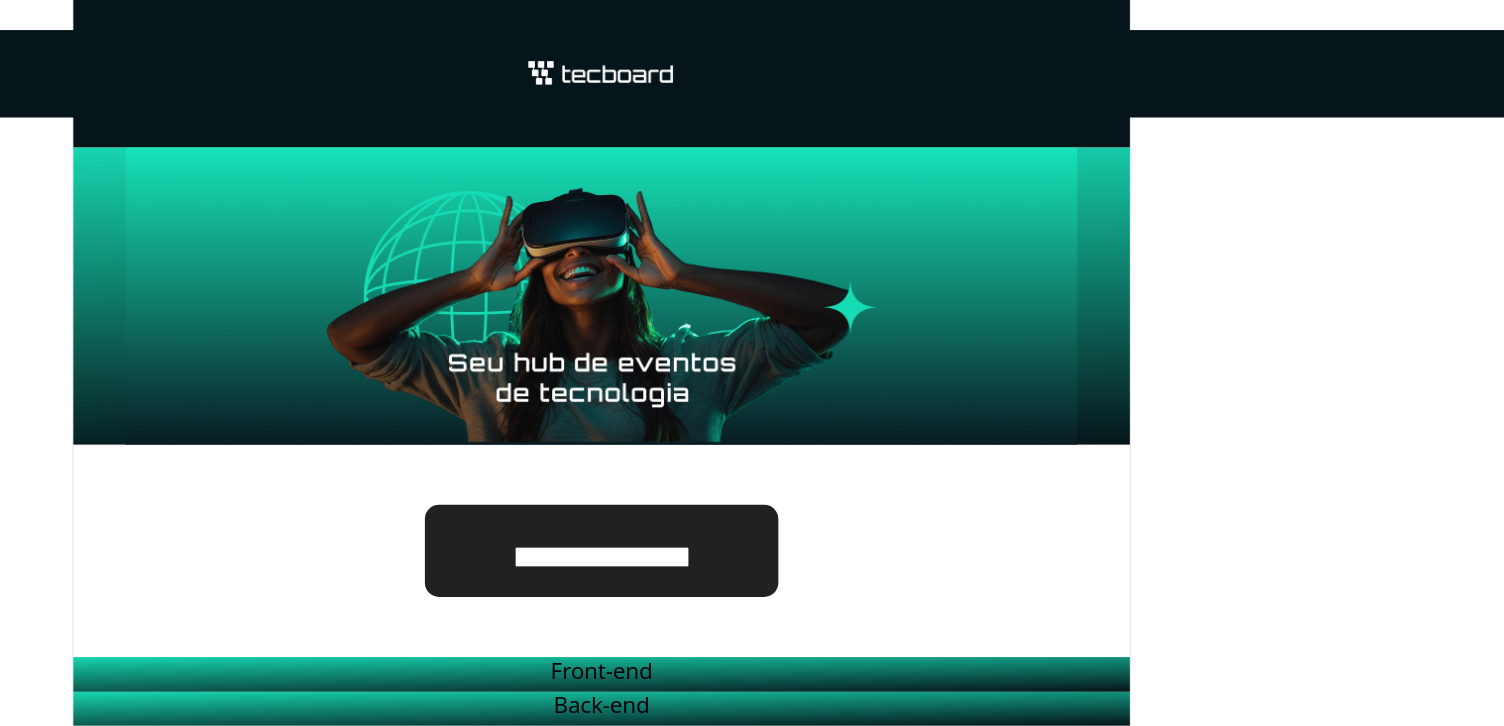
Repository: fernandadev12/techboard
Page: /
These files come from the project's save history. The page is drawn as it stood at one moment and after the next save; the edit follows.
The browser window is 1280 px wide. The page is 1600 px wide, so the pictures cover 1600 px, including what lies to the right of the window. The pictures show the whole page, at 94% of full size.
The project was rebuilt for these pictures with package versions that can differ from the ones it lists, and the page was loaded fresh each time. Also part of the build but not shown: vite.config.js.

Above is the page before, as saved 2026-06-14 12:00:57.

After the next save:
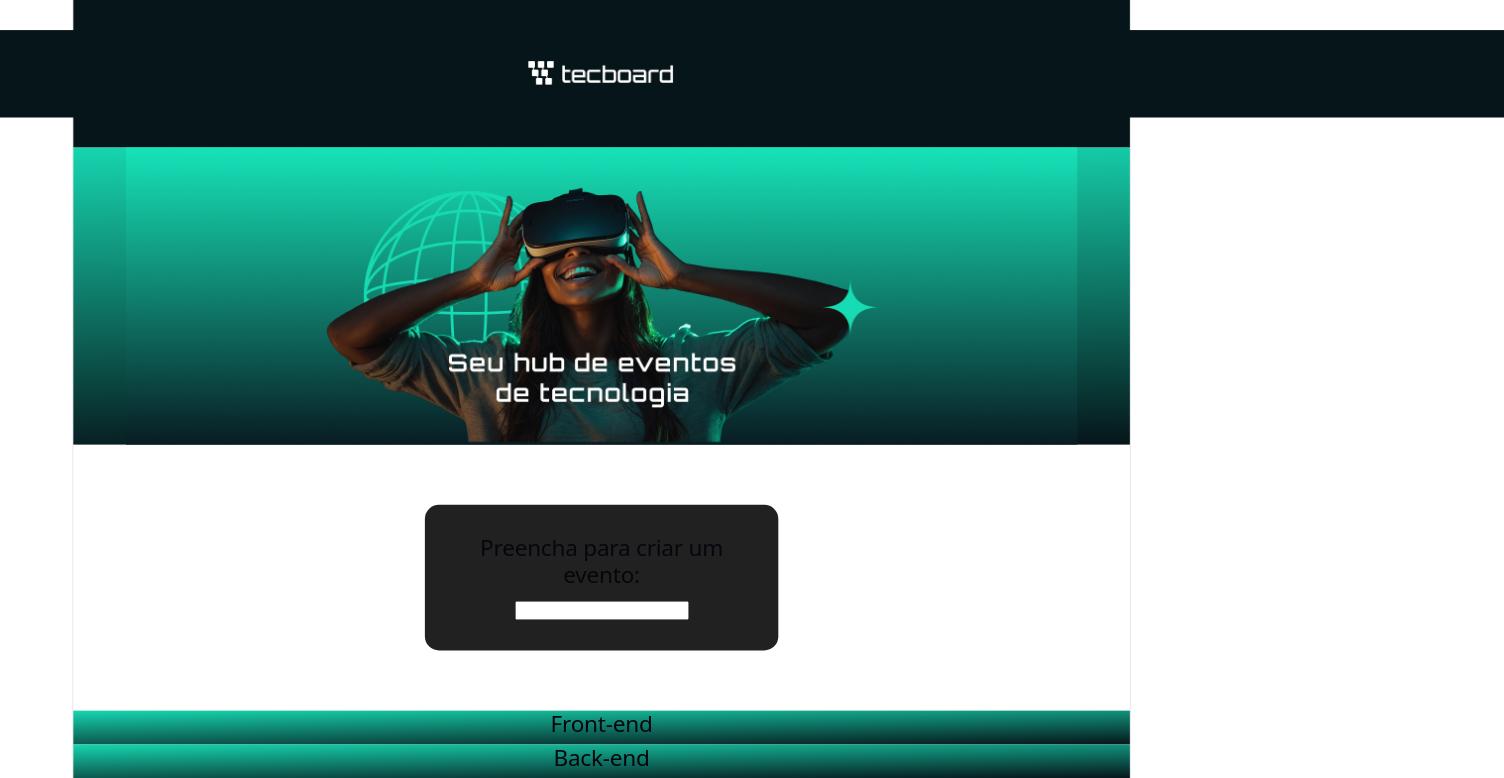
Saved 58 s later.
--- a/src/componentes/TituloFormulario/index.jsx
+++ b/src/componentes/TituloFormulario/index.jsx
@@ -1,3 +1,6 @@
-export function TituloFormulario({ children }) {
-  return <h2>{children}</h2>;
+export function TituloFormulario() {
+  return <h2>Preencha para criar um evento:</h2>;
 }
+// export function TituloFormulario({ children }) {
+//   return <h2>{children}</h2>;
+// }
